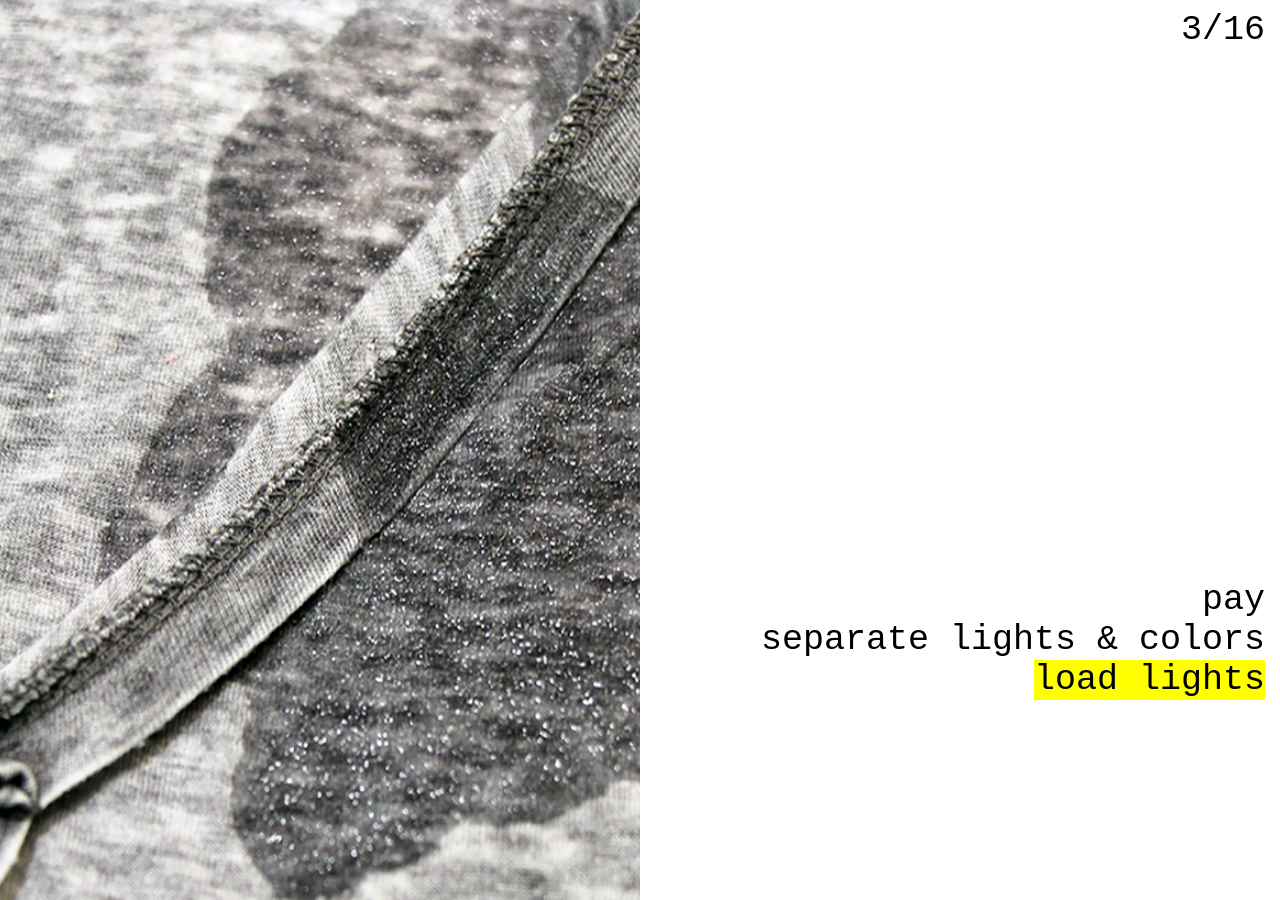
Repository: ortik455/ortik455.github.io
Page: studio/laundrysite/three.html
The author's editor kept a record of every edit. The page is drawn from the files as they stood at one moment, then again after the next edit.
The browser window is 1280 px wide. The pictures show the whole page.

Above is the page before.

After the next edit:
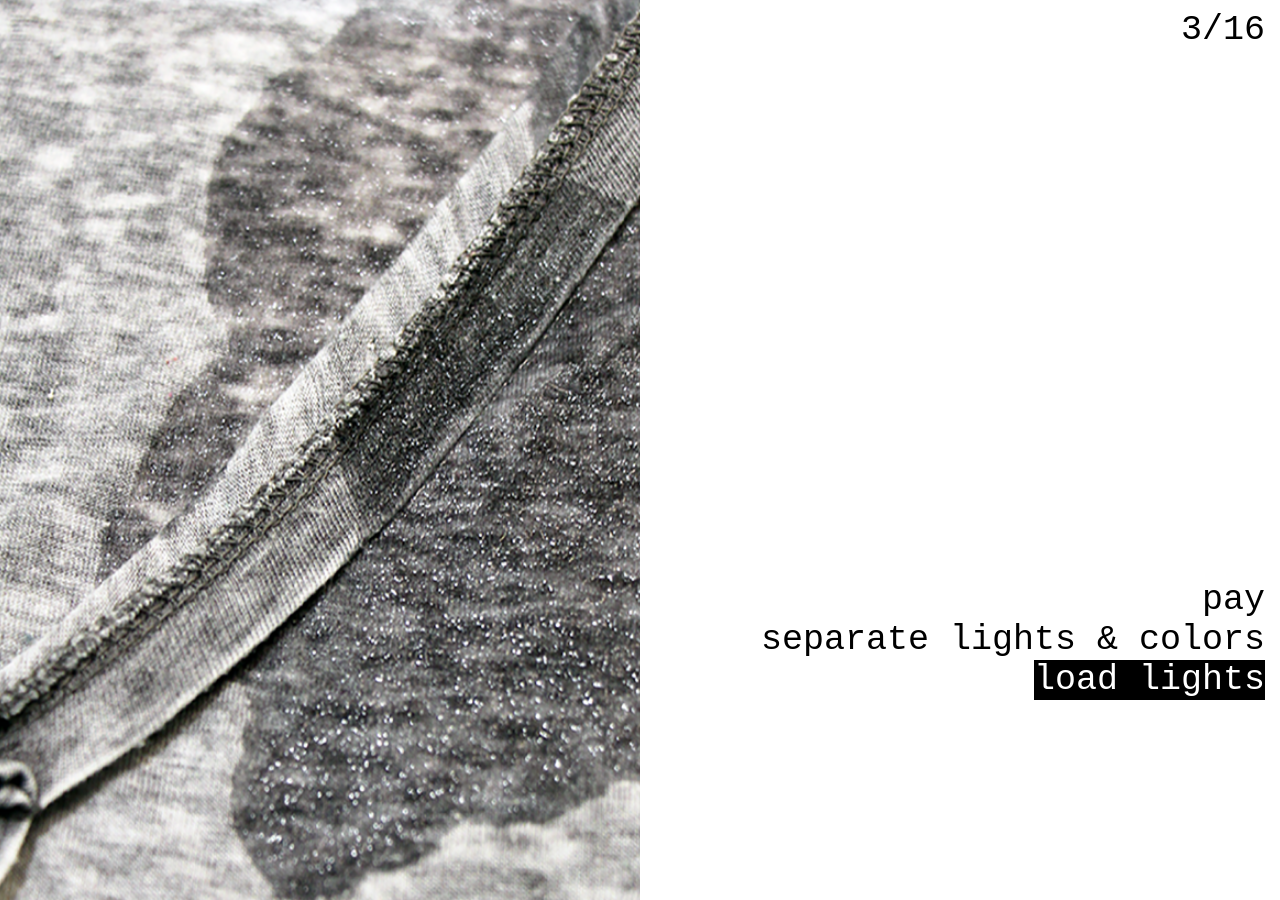
The edit:
--- a/studio/laundrysite/three.html
+++ b/studio/laundrysite/three.html
@@ -18,9 +18,8 @@
 	  	</div>
 		<div class="steps">
 		  	pay<br>
-		  	separate lights &amp; colors
-		  	<br>
-		  	<mark>load lights</mark>
+		  	separate lights &amp; colors<br>
+		  	<span class="mark">load lights</span>
 		</div>
 	  </div>
 
